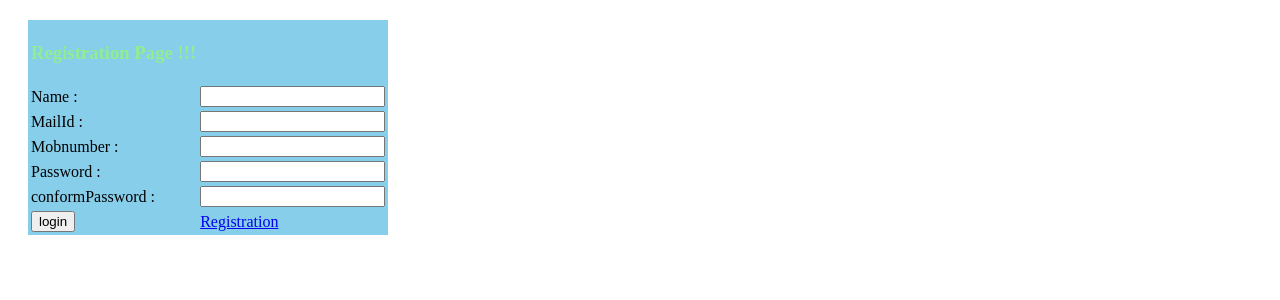
Repository: priyagund/jspServlet
Page: http://localhost/MyFirstLogin/register.jsp
An editor plug-in stored every save of this project. The page is shown before and after the next save, followed by the edit.
The browser window is 1280 px wide. The pictures show the whole page.
The page is served by Tomcat 9.

Above is the page before, as saved 2019-10-10 06:26:17.

After the next save:
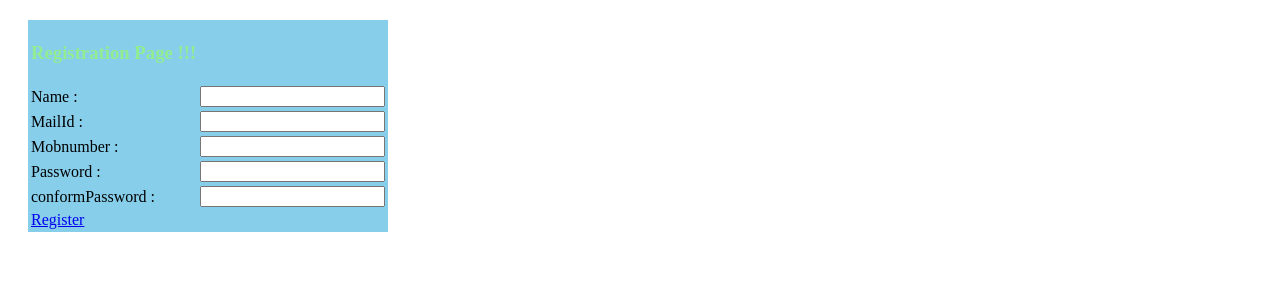
Saved 5 min 22 s later.
--- a/MyFirstLogin/WebContent/register.jsp
+++ b/MyFirstLogin/WebContent/register.jsp
@@ -36,8 +36,8 @@
 			<td><input type="password" name="password1"></td>
 		</tr>
 		<tr>
-			<td><input type="submit" name="submit" value="login"></td>
-			<td><a href="register.jsp">Registration</a></td>
+
+			<td><a href="register.jsp">Register</a></td>
 		</tr>
 	</table>
 
